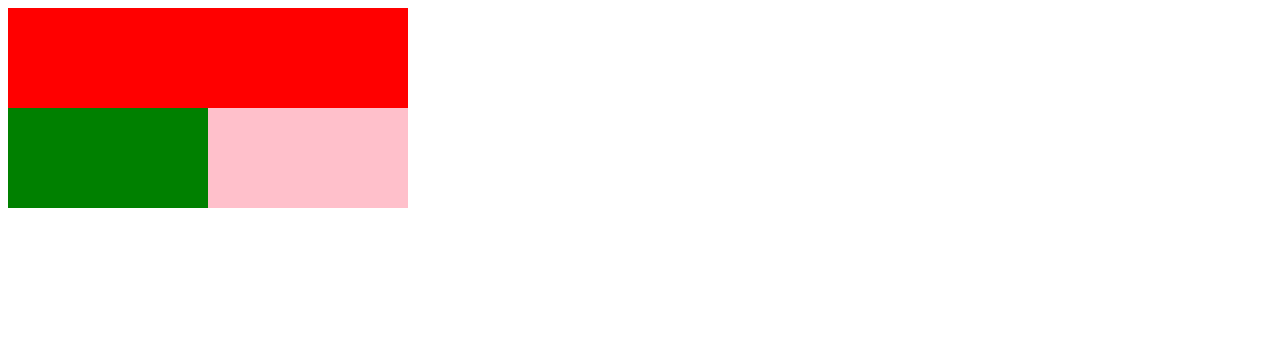
Repository: natuki-i/curriculum
Page: HTML/index.html
These files come from the project's save history. The page is drawn as it stood at one moment and after the next save; the edit follows.
The browser window is 1280 px wide. The pictures show the whole page.

Above is the page before, as saved 2022-11-25 21:21:47.

After the next save:
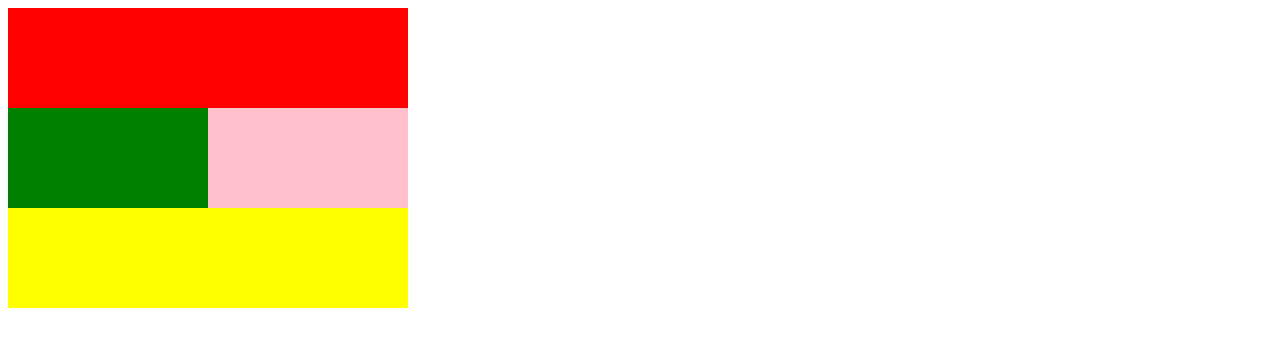
Saved 3 min 9 s later.
--- a/HTML/index.html
+++ b/HTML/index.html
@@ -9,9 +9,10 @@
 </head>
 <body>
     <div class="header"></div>
-    <div class="main"></div>
+    <div class="main clearfix">
         <div class="left"></div>
         <div class="right"></div>
+    </div>
     <div class="footer"></div>
 </body>
 </html>

After the save that followed:
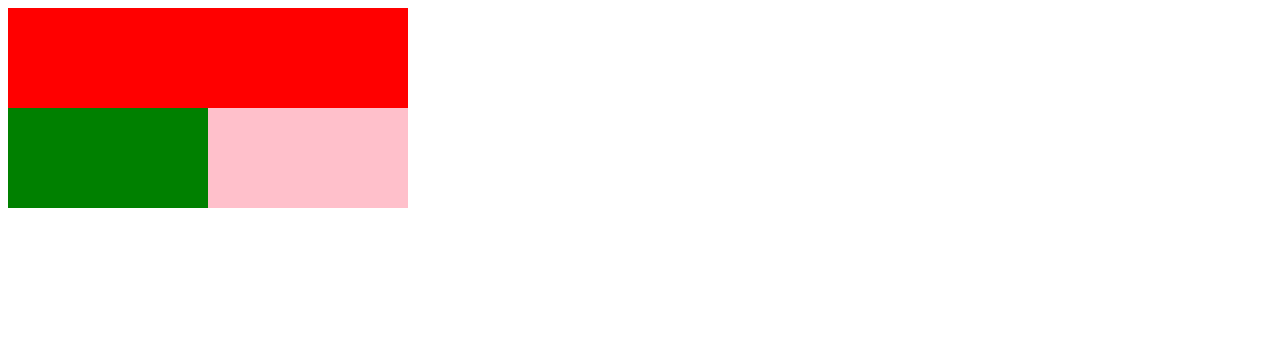
Saved 3 min 6 s later.
--- a/HTML/css/style.css
+++ b/HTML/css/style.css
@@ -1,9 +1,3 @@
-.clearfix::after {
-    content: '';
-    display: block;
-    clear: both;
-}
-
 .header {
     width: 400px;
     height: 100px;
